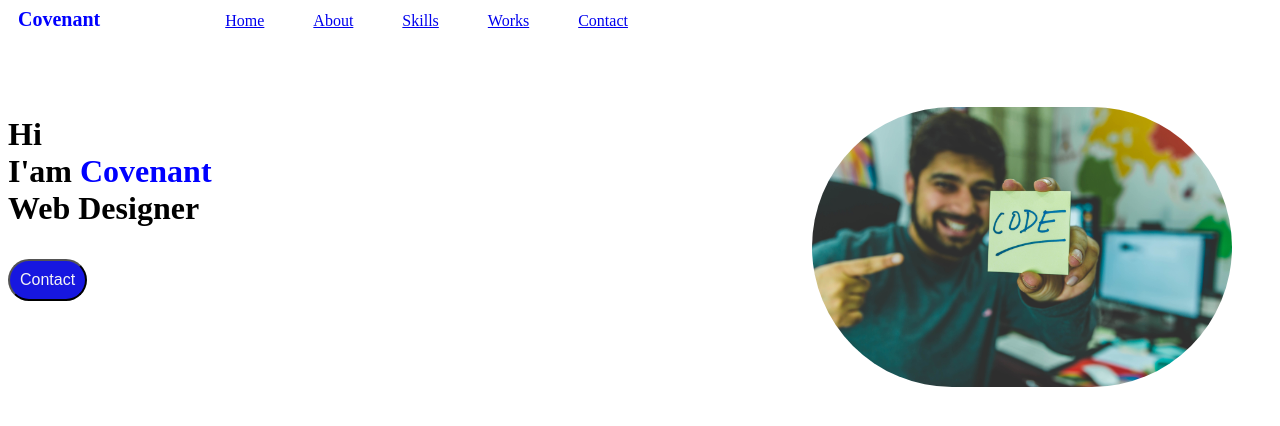
Repository: Tobby004/bdc-assignment-1
Page: index.html
These files come from the project's save history. The page is drawn as it stood at one moment and after the next save; the edit follows.
The browser window is 1280 px wide. The pictures show the whole page.

Above is the page before, as saved 2023-02-09 10:52:21.

After the next save:
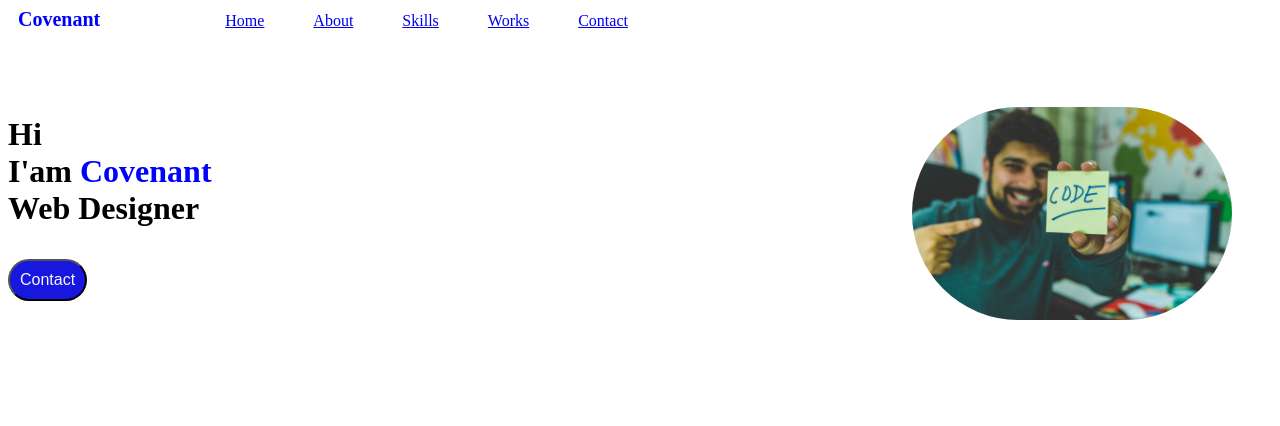
Saved 46 s later.
--- a/task.css
+++ b/task.css
@@ -22,10 +22,10 @@ header a {
 
 }
 img{
-    width: 500px;
+    width: 400px;
     padding: 40px;
     float: right;
-    border-radius: 200px;
+    border-radius: 500px;
 
 
 }
